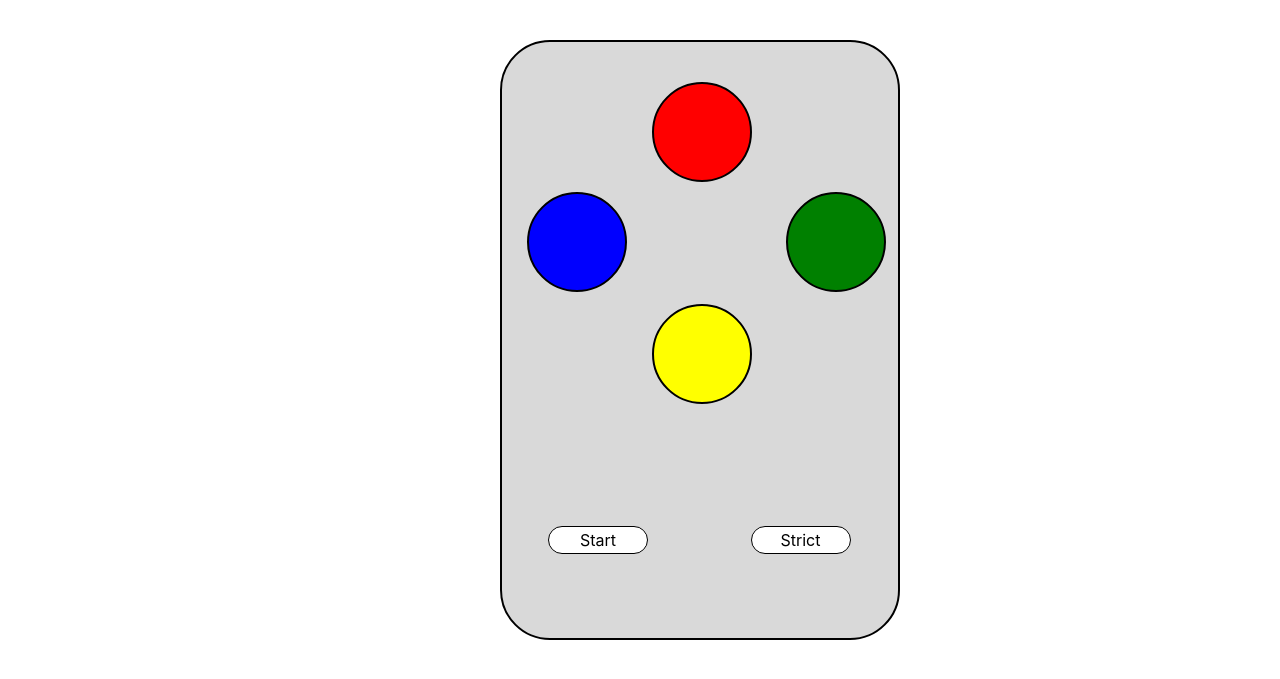
Repository: Code-Institute-Submissions/The-Simon-Game
Page: index.html
The author's editor kept a record of every edit. The page is drawn from the files as they stood at one moment, then again after the next edit.
The browser window is 1280 px wide. The pictures show the whole page.

Above is the page before.

### index.html
<!DOCTYPE html>
<html lang="en">

<head>
    <meta charset="UTF-8">
    <meta name="viewport" content="width=device-width, initial-scale=1.0">
    <meta http-equiv="X-UA-Compatible" content="ie=edge">
    <link rel="stylesheet" href="https://stackpath.bootstrapcdn.com/bootstrap/4.3.1/css/bootstrap.min.css" integrity="sha384-ggOyR0iXCbMQv3Xipma34MD+dH/1fQ784/j6cY/iJTQUOhcWr7x9JvoRxT2MZw1T" crossorigin="anonymous">
    <link rel="stylesheet" href="css/style.css" type="text/css" />
    <title>Simon The Memory Game</title>
</head>

<body>
    <!-- Panel -->
    <section class="panel">
        <div class="panel-overlay">
            <div class="row">
                <!-- Color buttons -->
                <div class="column col-4 col-sm-4">
                    <div class="blue"></div>
                </div>
                <div class="column col-4 col-sm-4">
                    <div class="red"></div>
                    <div class="yellow"></div>
                </div>
                <div class="column col-4 col-sm-4">
                    <div class="green"></div>
                </div>
            </div>
            <!-- Start Button -->
            <div class="start">
                <button class="start_button">Start</button>
                <button class="strict_button">Strict</button>
            </div>
        </div>
    </section>
</body>

</html>

### css/style.css
/*--  Panel  --*/

.panel {
    height: 600px;
    width: 400px;
    margin: 40px;
    margin-left: 500px;
    border-radius: 50px;
    background-color: #d9d9d9;
    border: 2px solid black;
}

/*--  Color Button  --*/

.yellow {
    height: 100px;
    width: 100px;
    margin: 122px;
    margin-left: 8px;
    background-color: yellow;
    border-radius: 75px;
    border: 2px solid black;
}

.red {
    height: 100px;
    width: 100px;
    margin: 40px;
    margin-left: 8px;
    background-color: red;
    border-radius: 75px;
    border: 2px solid black;
}

.blue {
    height: 100px;
    width: 100px;
    margin: 150px;
    margin-left: 25px;
    background-color: blue;
    border-radius: 75px;
    border: 2px solid black;
}

.green {
    height: 100px;
    width: 100px;
    margin: 150px;
    margin-left: 0px;
    background-color: green;
    border-radius: 75px;
    border: 2px solid black;
}

/*-- Start Button --*/

.container {
    display: inline-block;
    position: absolute;
    margin-top: 400px;
}

.start_button {
    width: 100px;
    margin-left: 46px;
    border-radius: 50px;
    border: 1px solid black;
    background-color: white;
}

/*-- Strict Button --*/

.strict_button {
    width: 100px;
    margin-left: 98px;
    border-radius: 50px;
    border: 1px solid black;
    background-color: white;
}

/*-- On and Off Switch --*/

After the next edit:
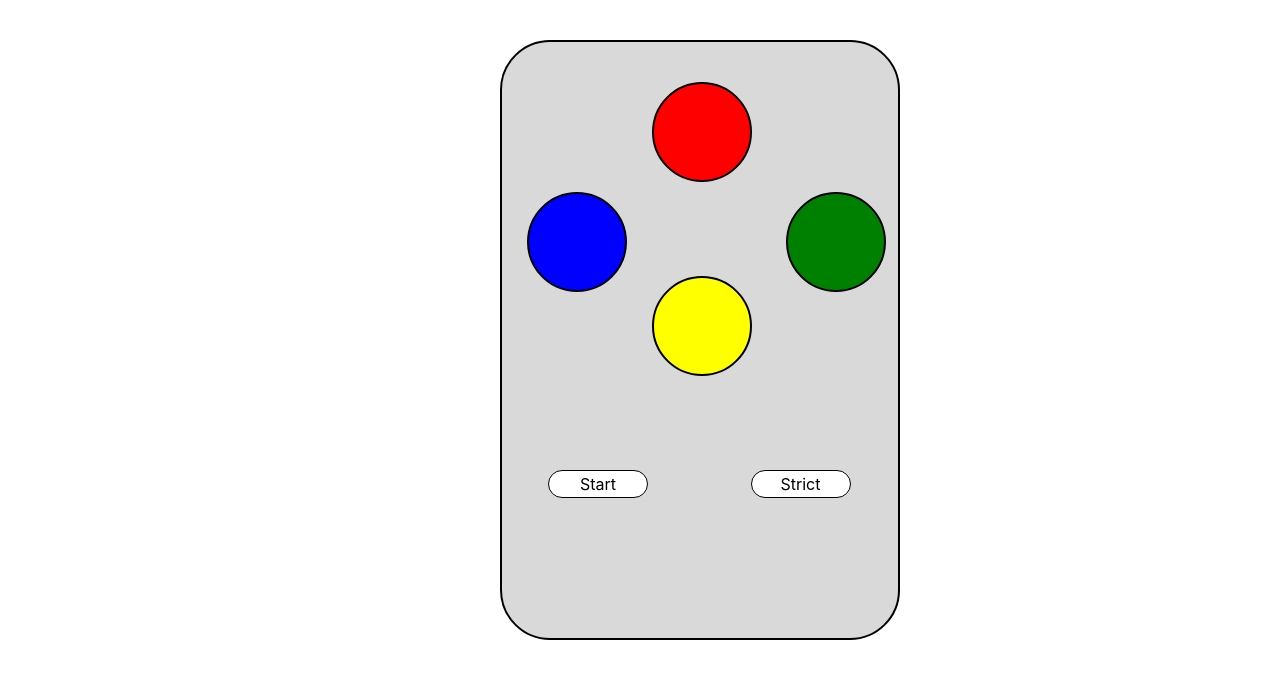
The edit:
--- a/css/style.css
+++ b/css/style.css
@@ -15,7 +15,7 @@
 .yellow {
     height: 100px;
     width: 100px;
-    margin: 122px;
+    margin: 94px;
     margin-left: 8px;
     background-color: yellow;
     border-radius: 75px;
